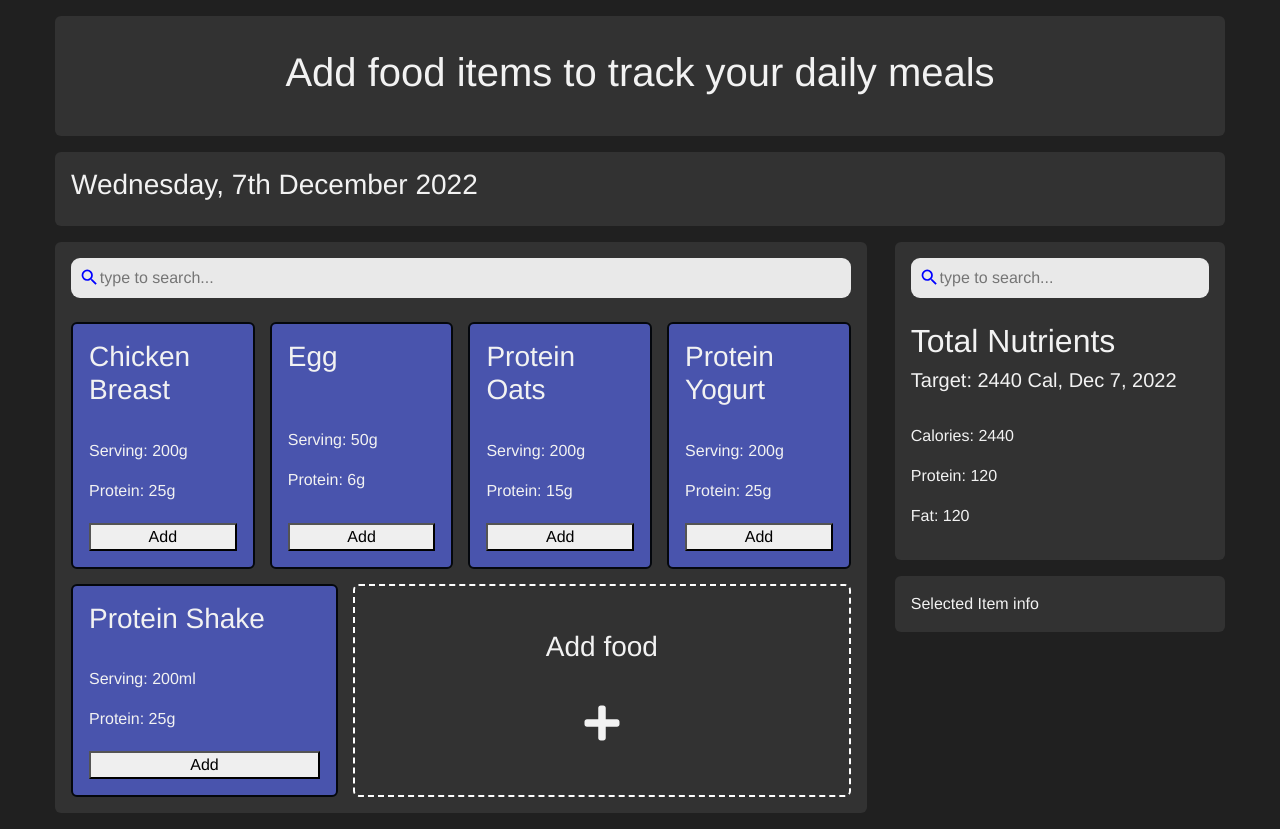
Repository: CEEPREL/NutritionTracker
Page: /
These files come from the project's save history. The page is drawn as it stood at one moment and after the next save; the edit follows.
The browser window is 1280 px wide. The pictures show the whole page.
The project was rebuilt for these pictures with package versions that can differ from the ones it lists, and the page was loaded fresh each time. Also part of the build but not shown: vite.config.js.

Above is the page before, as saved 2022-12-08 19:08:17.

After the next save:
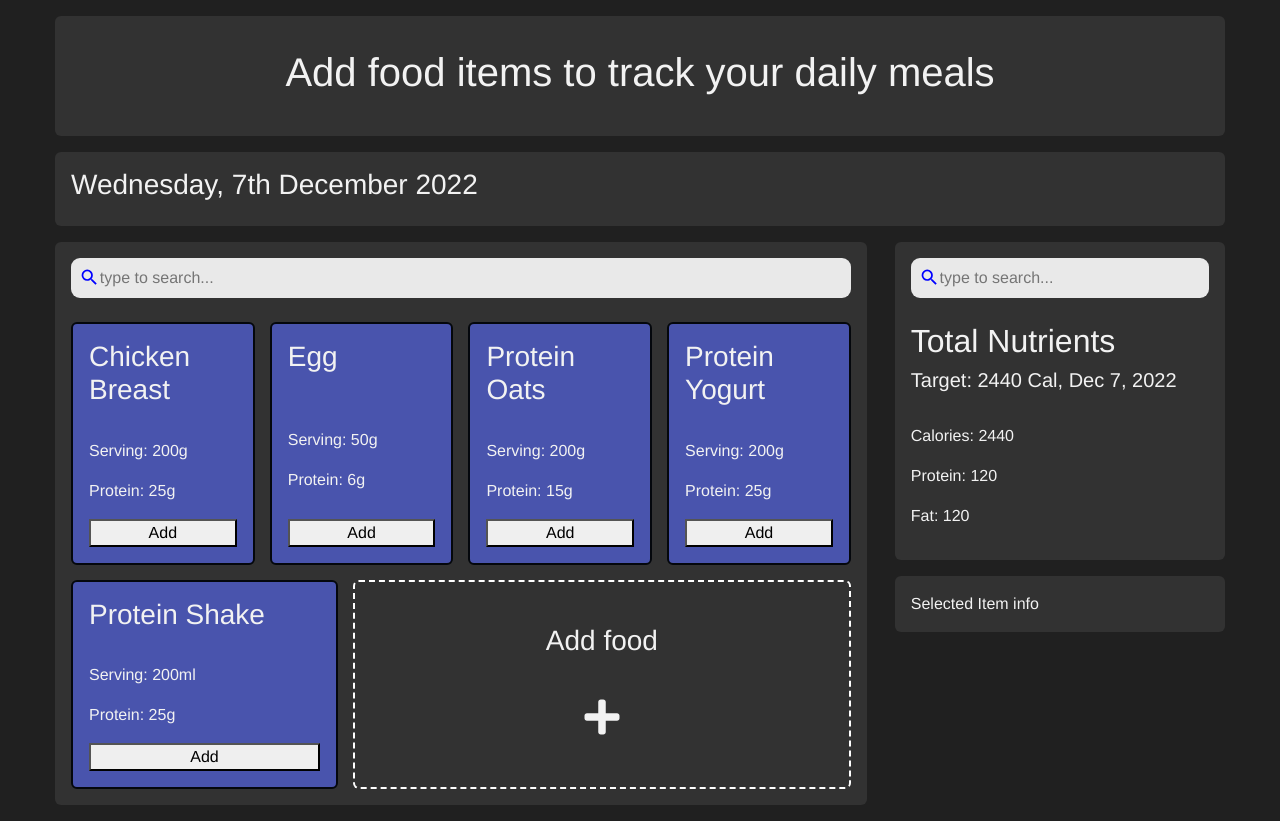
Saved 5 s later.
--- a/src/components/Food.js
+++ b/src/components/Food.js
@@ -6,7 +6,7 @@ const Food = ({ id, name, size, protein, image }) => {
             <h3>{name}</h3>
             <br></br>
             {/* <img className="small" src={image} alt={name}></img> */}
-            <div className="pb-1">
+            <div className="">
                 <p>Serving: {size}</p>
                 <p>Protein: {protein}</p>
             </div>
